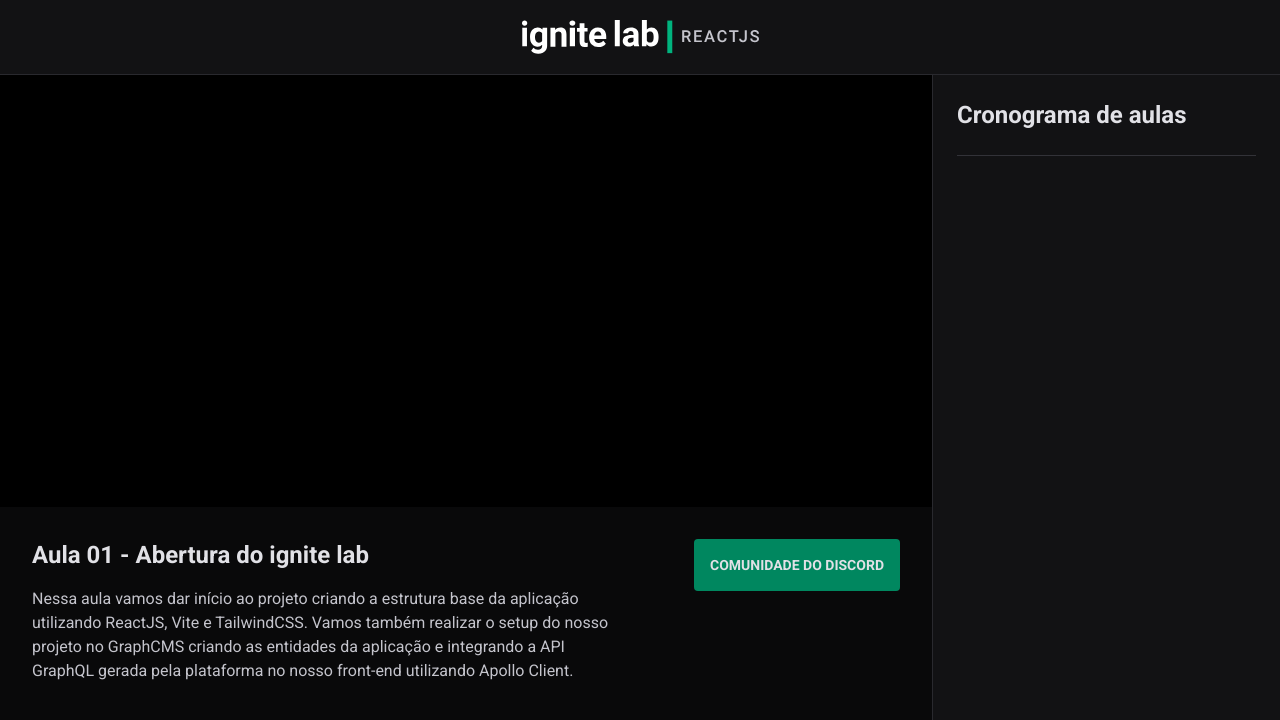
Repository: andynadvorny/event-platform
Page: /
The author's editor kept a copy of each file at every save. The page is drawn from the files as they stood at one save, then again after the next save.
The browser window is 1280 px wide. The pictures show the whole page.
The page's requests for data from a server got no answer. The project was rebuilt for these pictures with package versions that can differ from the ones it lists, and the page was loaded fresh each time. No one was signed in, and anything a server would have sent is missing. Also part of the build but not shown: vite.config.ts, src/components/Lesson.tsx.

Above is the page before, as saved 2022-06-24 11:39:07.

### src/App.tsx
import { Event } from './pages/Event'

function App() {
  return (
    <Event />
  )
}

export default App

### src/lib/apollo.ts
import { ApolloClient, InMemoryCache } from "@apollo/client";

export const client = new ApolloClient({
  uri: 'https://api-sa-east-1.graphcms.com/v2/cl4q028zp2n6q01xs9d4d26wj/master',
  cache: new InMemoryCache()
});

### src/pages/Event.tsx
import { Header } from '../components/Header'
import { Sidebar } from '../components/Sidebar'
import { Video } from '../components/Video'

export function Event() {
  return (
    <div className="flex flex-col min-h-screen">
      <Header />
      <main className="flex flex-1">
        <Video />
        <Sidebar />
      </main>
    </div>
  )
}

### src/components/Sidebar.tsx
import { gql, useQuery } from "@apollo/client";
import { Lesson } from "./Lesson";

const GET_LESSONS_QUERY = gql`
  query {
    lessons(orderBy: availableAt_ASC, stage: PUBLISHED) {
      id
      lessonType
      availableAt
      title
      slug
    }
  }
`

interface GetLessonsQueryResponse {
  lessons: {
    id: string;
    lessonType: 'live' | 'class'
    availableAt: string;
    title: string;
    slug: string;
  }[]
}

export function Sidebar() {
  const { data } = useQuery<GetLessonsQueryResponse>(GET_LESSONS_QUERY)

  return (
    <aside className="w-[348px] bg-gray-700 p-6 border-l border-gray-600">
      <span className="font-bold text-2xl pb-6 mb-6 border-b border-gray-500 block">
        Cronograma de aulas
      </span>
      <div className="flex flex-col gap-8">
        {data?.lessons.map( lesson => (
          <Lesson
            key={lesson.id}
            title={lesson.title}
            slug={lesson.slug}
            availableAt={new Date(lesson.availableAt)}
            type={lesson.lessonType}
          />
        ))}
      </div>
    </aside>
  )
}

### src/components/Video.tsx
export function Video() {
  return (
    <div className="flex-1">
      <div className="flex justify-center bg-black">
        <div className="h-full w-full max-w-[1100px] max-h-[60vh] aspect-video"></div>
      </div>

      <div className="p-8 max-w-[1100px] mx-auto">
        <div className="flex items-start gap-16">
          <div className="flex-1">
            <h1 className="text-2xl font-bold">
              Aula 01 - Abertura do ignite lab
            </h1>
            <p className="mt-4 text-gray-200">
              Nessa aula vamos dar início ao projeto criando a estrutura base da aplicação utilizando ReactJS, Vite e TailwindCSS. Vamos também realizar o setup do nosso projeto no GraphCMS criando as entidades da aplicação e integrando a API GraphQL gerada pela plataforma no nosso front-end utilizando Apollo Client.
            </p>
          </div>
          <div className="flx flex-col gap-4">
            <a href="" className="p-4 text-sm bg-green-500 flex items-center rounded font-bold uppercase gap-2 justify-center">
              Comunidade do Discord
            </a>
          </div>
        </div>
        <div>

        </div>
      </div>
    </div>
  )
}

### src/components/Logo.tsx
export function Logo() {
  return (
    <svg
      xmlns="http://www.w3.org/2000/svg"
      width="237"
      height="34"
      fill="none"
      viewBox="0 0 237 34"
    >
      <path
        fill="#fff"
        d="M.002 3.112a2.49 2.49 0 01.165-.987c.12-.314.304-.595.535-.83A2.906 2.906 0 012.615.572c.698 0 1.374.257 1.912.723.23.24.412.524.536.837a2.701 2.701 0 010 1.979 2.568 2.568 0 01-.536.837 2.889 2.889 0 01-1.907.723 2.901 2.901 0 01-1.908-.723 2.458 2.458 0 01-.538-.84 2.645 2.645 0 01-.172-.996zm4.96 23.146H.273V7.862h4.689v18.397zM8.012 16.973c0-2.853.686-5.145 2.055-6.883a6.653 6.653 0 015.528-2.606 5.869 5.869 0 014.802 2.09l.2-1.751h4.538v17.95a7.891 7.891 0 01-1.12 4.246 7.243 7.243 0 01-3.147 2.752 11.155 11.155 0 01-4.742.94c-1.378 0-2.74-.279-4.008-.812a7.08 7.08 0 01-2.946-2.11l2.208-3.02a5.905 5.905 0 004.543 2.08 4.356 4.356 0 003.104-1.059 3.938 3.938 0 001.103-2.993v-.994a5.775 5.775 0 01-4.555 1.935 6.647 6.647 0 01-3.05-.652 6.615 6.615 0 01-2.408-1.967c-1.397-1.752-2.085-4.089-2.085-6.942v-.21h-.025l.005.006zm4.997.355a6.723 6.723 0 001.026 3.956 3.233 3.233 0 002.799 1.443c.651.045 1.3-.088 1.878-.39a3.52 3.52 0 001.396-1.305v-7.825a3.448 3.448 0 00-1.374-1.305 3.504 3.504 0 00-1.86-.39 3.28 3.28 0 00-1.61.365 3.22 3.22 0 00-1.219 1.103c-.688.975-1.036 2.418-1.036 4.348zM33.098 7.833l.158 2.196a6.527 6.527 0 012.371-1.927 6.38 6.38 0 012.971-.62c1.97 0 3.438.597 4.39 1.79.953 1.194 1.456 2.936 1.486 5.293v12.249h-4.962V14.683a3.367 3.367 0 00-.684-2.344 3.086 3.086 0 00-1.069-.598 3.008 3.008 0 00-1.211-.13 3.349 3.349 0 00-1.821.454c-.553.32-1.01.794-1.313 1.367v13.37H28.45V7.845l4.647-.012zM47.512 3.112a2.304 2.304 0 01.185-.988 2.42 2.42 0 01.59-.831A3.439 3.439 0 0150.404.57c.772 0 1.52.256 2.117.723.508.486.792 1.142.792 1.826 0 .683-.284 1.34-.792 1.826a3.417 3.417 0 01-2.11.723c-.77 0-1.517-.257-2.11-.723a2.47 2.47 0 01-.594-.839 2.342 2.342 0 01-.19-.994h-.005zm5.483 23.149h-5.18V7.86h5.18v18.4zM62.454 3.334v4.612h3.107v3.677h-3.107v9.382c-.05.53.091 1.063.395 1.495a1.824 1.824 0 001.473.45c.476.002.95-.035 1.421-.114v3.803a9.672 9.672 0 01-2.939.449c-3.398 0-5.128-1.775-5.19-5.32V11.644h-2.642V7.968h2.643V3.356h4.841v-.025l-.002.003zM76.487 27.08a9.277 9.277 0 01-6.759-2.55c-1.74-1.699-2.605-3.957-2.605-6.797v-.494a11.295 11.295 0 011.098-5.08 8.141 8.141 0 013.111-3.465 8.72 8.72 0 014.59-1.22c2.577 0 4.62.815 6.098 2.449 1.478 1.633 2.226 3.94 2.226 6.929v2.055h-12.01a4.665 4.665 0 001.473 2.971 4.487 4.487 0 003.111 1.111 5.426 5.426 0 004.548-2.115l2.476 2.781a7.506 7.506 0 01-3.07 2.507 9.81 9.81 0 01-4.287.916v.002zm-.594-15.514a3.127 3.127 0 00-2.428 1.012 5.405 5.405 0 00-1.188 2.912h7.006v-.405a3.749 3.749 0 00-.908-2.608 3.252 3.252 0 00-2.45-.908h-.03l-.002-.003zM97.771 26.259h-4.957V0h4.957V26.26zM112.209 26.259c-.227-.444-.392-.997-.496-1.659-1.196 1.333-2.751 2.002-4.666 2.002-1.811 0-3.314-.523-4.504-1.572-1.191-1.049-1.786-2.372-1.786-3.966 0-1.96.725-3.464 2.179-4.513 1.453-1.049 3.553-1.58 6.3-1.59h2.273v-1.06c0-.854-.22-1.54-.659-2.051-.44-.513-1.131-.77-2.078-.77-.832 0-1.486.2-1.957.6-.474.4-.708.945-.708 1.64h-4.941c0-1.07.331-2.062.992-2.973.662-.91 1.597-1.626 2.804-2.144 1.206-.518 2.564-.778 4.069-.778 2.28 0 4.089.573 5.429 1.718 1.34 1.145 2.009 2.756 2.009 4.83v8.017c.012 1.754.256 3.082.735 3.983v.29h-4.992l-.003-.004zm-4.086-3.435c.728 0 1.402-.163 2.016-.486.614-.326 1.071-.76 1.367-1.308v-3.181h-1.846c-2.472 0-3.79.854-3.948 2.564l-.017.291c0 .614.217 1.123.649 1.523.434.4 1.026.6 1.779.6v-.003zM136.58 17.183c0 2.963-.632 5.273-1.898 6.931-1.265 1.659-3.032 2.488-5.3 2.488-2.006 0-3.608-.77-4.805-2.308l-.222 1.967h-4.444V.001h4.94v9.418c1.14-1.332 2.638-2 4.496-2 2.256 0 4.025.828 5.308 2.487 1.283 1.658 1.923 3.992 1.923 7v.274l.002.003zm-4.94-.358c0-1.868-.296-3.233-.889-4.094-.592-.861-1.475-1.29-2.65-1.29-1.572 0-2.655.643-3.247 1.932v7.299c.604 1.298 1.697 1.95 3.282 1.95 1.584 0 2.643-.788 3.146-2.36.239-.752.358-1.897.358-3.437z"
      ></path>
      <path
        fill="#C4C4CC"
        d="M164.51 17.501h-2.283v4.53h-2.048v-11.78h4.143c1.36 0 2.408.306 3.149.915.74.61 1.108 1.493 1.108 2.648 0 .787-.19 1.449-.57 1.98-.38.532-.911.94-1.59 1.226l2.646 4.906v.106h-2.194l-2.364-4.531h.003zm-2.283-1.65h2.105c.691 0 1.229-.176 1.619-.524.39-.348.582-.824.582-1.429 0-.604-.18-1.12-.538-1.466-.358-.345-.893-.523-1.606-.533h-2.162V15.85zM179.066 16.773h-4.839v3.625h5.656v1.634h-7.704V10.25h7.648v1.65h-5.6v3.253h4.839v1.62zM189.803 19.29h-4.565l-.955 2.744h-2.127l4.452-11.783h1.836l4.459 11.783h-2.137l-.963-2.744zm-3.99-1.65h3.415l-1.707-4.89-1.708 4.89zM204.716 18.197c-.119 1.256-.583 2.238-1.392 2.941-.81.703-1.885 1.056-3.228 1.056-.938 0-1.764-.222-2.48-.668-.715-.445-1.266-1.079-1.656-1.898-.387-.82-.589-1.772-.607-2.858v-1.1c0-1.11.198-2.09.59-2.937.392-.846.96-1.5 1.695-1.96.736-.458 1.587-.688 2.554-.688 1.301 0 2.347.353 3.139 1.057.792.703 1.254 1.7 1.385 2.99h-2.039c-.096-.846-.343-1.458-.74-1.833-.397-.375-.977-.563-1.745-.563-.89 0-1.574.326-2.05.977-.479.652-.721 1.605-.733 2.863v1.044c0 1.273.227 2.245.683 2.917.457.668 1.123 1.004 2.004 1.004.805 0 1.409-.18 1.814-.543.405-.363.661-.962.77-1.804h2.038l-.002.003zM216.481 11.902h-3.674v10.132h-2.031V11.902h-3.642V10.25h9.347v1.65zM222.759 10.251h2.039v8.262c0 1.127-.353 2.023-1.057 2.687-.703.664-1.633.995-2.788.995-1.229 0-2.179-.311-2.848-.93-.669-.62-1.004-1.484-1.004-2.59h2.038c0 .627.156 1.096.467 1.412.31.316.76.474 1.347.474.55 0 .989-.183 1.315-.545.326-.366.489-.867.489-1.51V10.25h.002zM234.952 18.999c0-.518-.183-.918-.545-1.197-.363-.279-1.022-.563-1.972-.849-.95-.286-1.705-.604-2.265-.955-1.074-.674-1.612-1.555-1.612-2.638 0-.95.388-1.732 1.163-2.347.774-.614 1.779-.922 3.015-.922.819 0 1.55.15 2.194.454a3.597 3.597 0 011.513 1.29c.367.558.55 1.177.55 1.858h-2.038c0-.614-.193-1.095-.578-1.443-.385-.348-.938-.524-1.656-.524-.668 0-1.189.144-1.557.43-.37.286-.555.686-.555 1.197 0 .432.2.792.6 1.08.399.29 1.056.57 1.974.842.918.271 1.653.582 2.208.93.556.348.963.748 1.222 1.197.259.452.387.977.387 1.582 0 .982-.375 1.762-1.127 2.342-.753.58-1.775.87-3.063.87a5.755 5.755 0 01-2.352-.473c-.715-.316-1.27-.75-1.668-1.308-.397-.555-.594-1.204-.594-1.942h2.048c0 .669.222 1.187.664 1.555.441.367 1.075.55 1.902.55.713 0 1.246-.143 1.607-.432.357-.288.538-.671.538-1.145l-.003-.002z"
      ></path>
      <path fill="#00B37E" d="M150.271 33.146h-4.958V.57h4.958v32.576z"></path>
    </svg>
  );
}

### tailwind.config.js
/** @type {import('tailwindcss').Config} */
module.exports = {
  content: [
    './src/**/*.tsx'
  ],
  theme: {
    extend: {
      fontFamily: {
        sans: 'Roboto, sans-serif'
      },
      colors: {
        green: {
          300: '#00B37E',
          500: '#00875F',
          700: '#015F43',
        },
        blue: {
          500: '#81D8F7',
        },
        orange: {
          500: '#FBA94C',
        },
        red: {
          500: '#F75A68',
        },
        gray: {
          100: '#E1E1E6',
          200: '#C4C4CC',
          300: '#8D8D99',
          500: '#323238',
          600: '#29292E',
          700: '#121214',
          900: '#09090A'
        }
      }
    },
  },
  plugins: [],
}

Loaded but not shown: index.html (common file); src/main.tsx (common file); src/styles/global.css (common file); src/components/Header.tsx (common file)

After the next save:
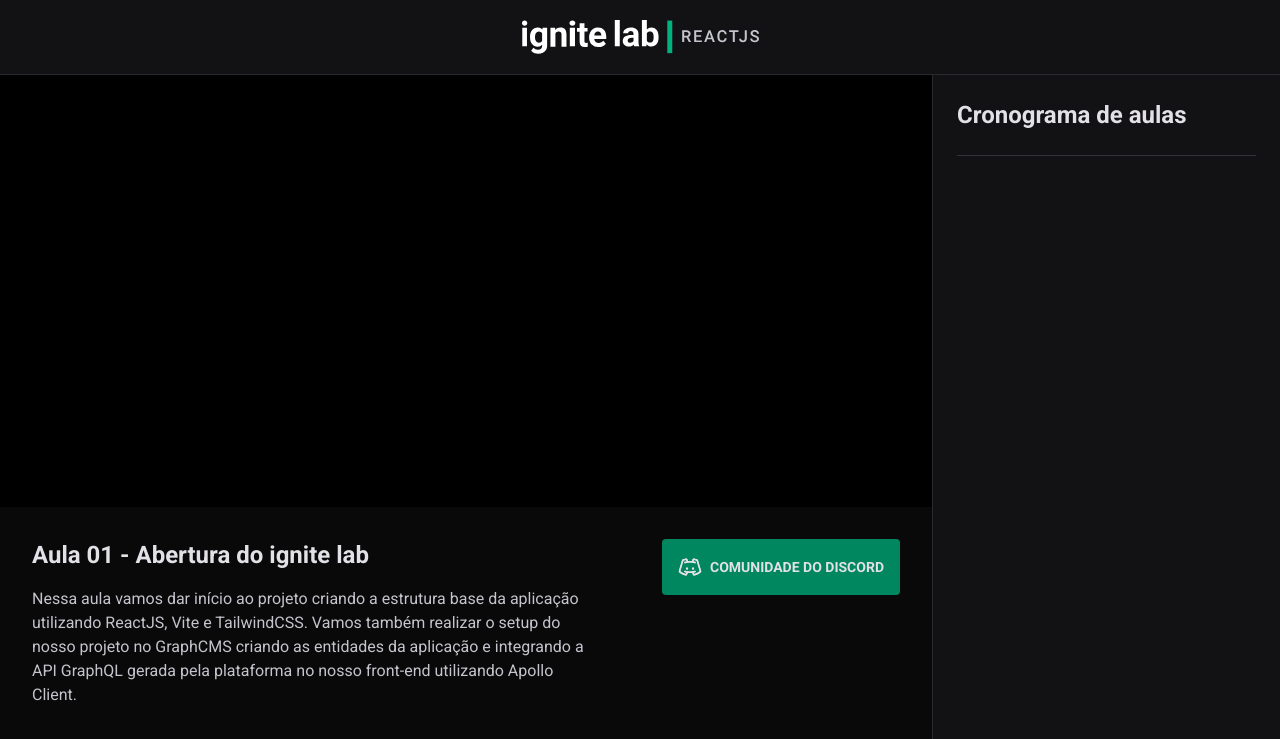
Saved 35 s later.
--- a/src/components/Video.tsx
+++ b/src/components/Video.tsx
@@ -1,3 +1,5 @@
+import { DiscordLogo } from "phosphor-react";
+
 export function Video() {
   return (
     <div className="flex-1">
@@ -17,6 +19,7 @@
           </div>
           <div className="flx flex-col gap-4">
             <a href="" className="p-4 text-sm bg-green-500 flex items-center rounded font-bold uppercase gap-2 justify-center">
+              <DiscordLogo size={24} />
               Comunidade do Discord
             </a>
           </div>
